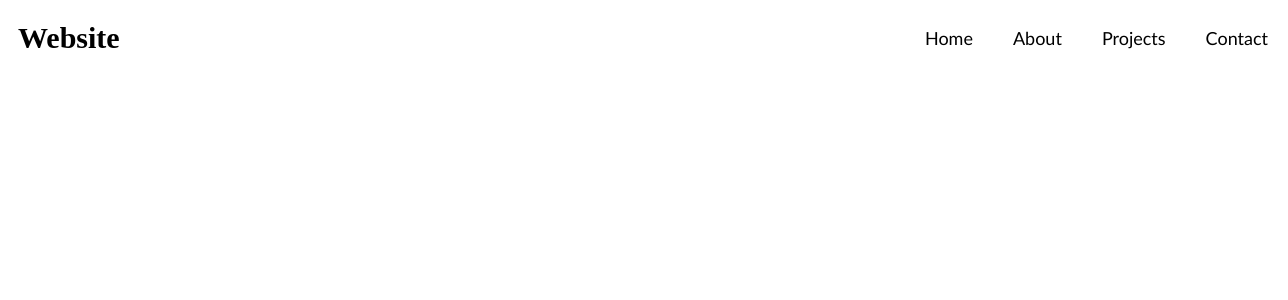
Repository: alishbah7/Choice1
Page: index.html
An editor plug-in stored every save of this project. The page is shown before and after the next save, followed by the edit.
The browser window is 1280 px wide. The page is 1280 px wide, then 1288 px, so the pictures cover 1288 px, including what lies to the right of the window. The pictures show the whole page.

Above is the page before, as saved 2024-11-23 15:29:48.

After the next save:
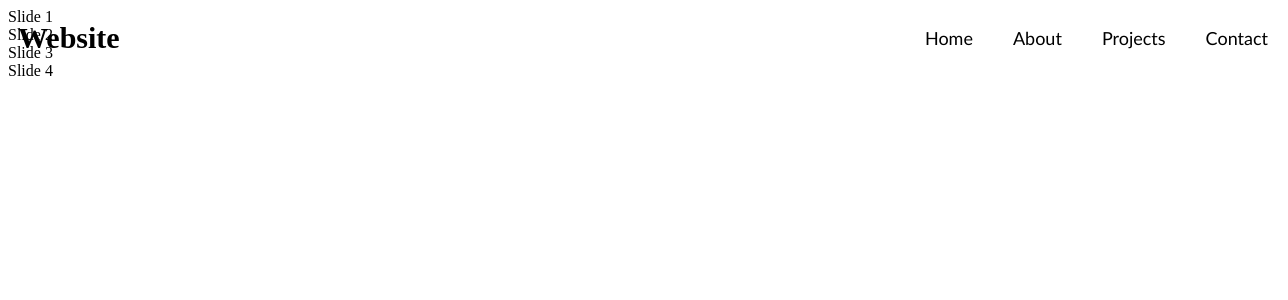
Saved 5 h 2 min later.
--- a/index.html
+++ b/index.html
@@ -12,6 +12,7 @@
     <link href='https://unpkg.com/boxicons@2.1.4/css/boxicons.min.css' rel='stylesheet' />
 </head>
 <body>
+    <!------------ header ------------>
     <header>
         <h1>Website</h1>
 
@@ -29,6 +30,16 @@
         </nav>
     </header>
 
+    <!------------ home ------------>
+    <div class="swiper-container">
+        <div class="swiper-wrapper">
+          <div class="swiper-slide">Slide 1</div>
+          <div class="swiper-slide">Slide 2</div>
+          <div class="swiper-slide">Slide 3</div>
+          <div class="swiper-slide">Slide 4</div>
+        </div>
+        <div class="swiper-pagination"></div>
+      </div>
 
 </body>
 </html>
